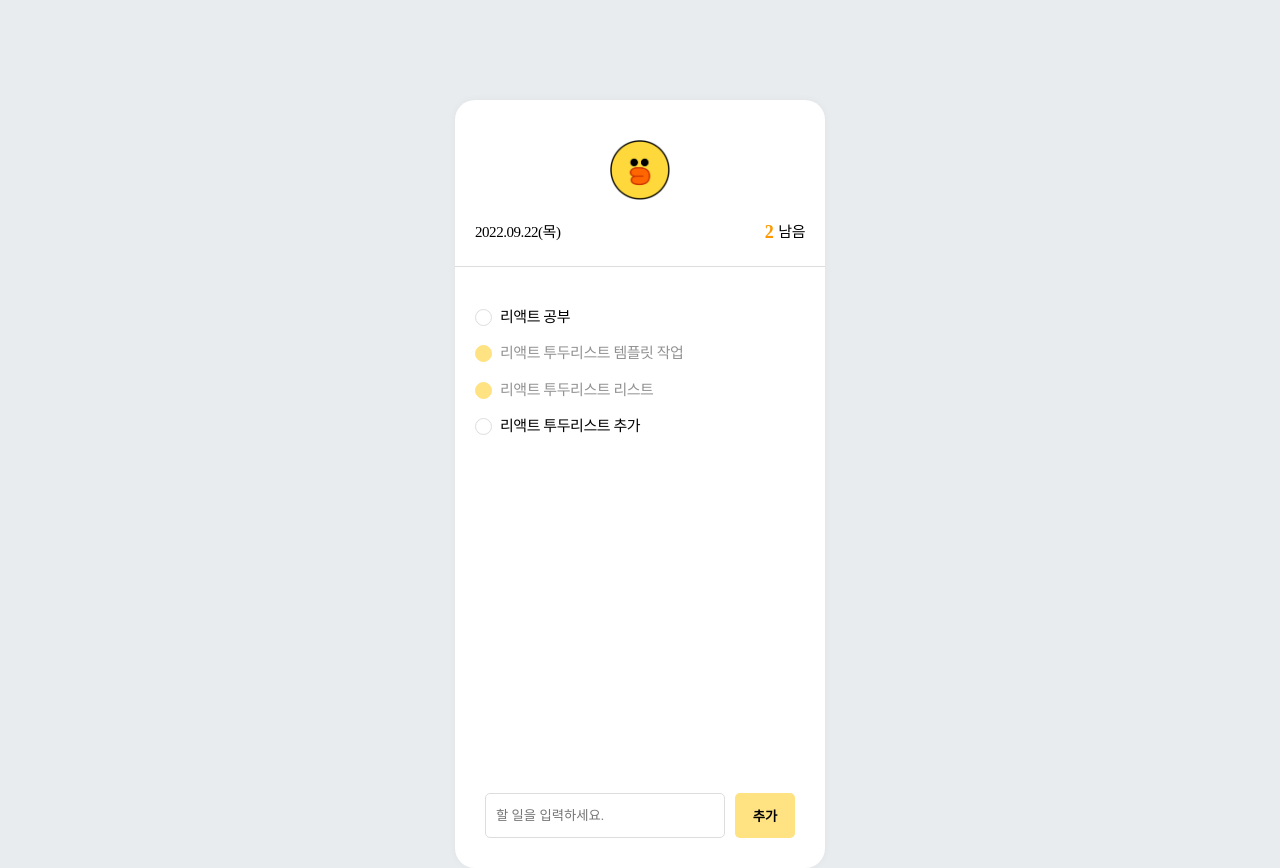
Repository: kwak0630/react-todo
Page: /
An editor plug-in stored every save of this project. The page is shown before and after the next save, followed by the edit.
The browser window is 1280 px wide. The pictures show the whole page.
The project was rebuilt for these pictures with package versions that can differ from the ones it lists, and the page was loaded fresh each time.

Above is the page before, as saved 2022-09-22 16:26:21.

After the next save:
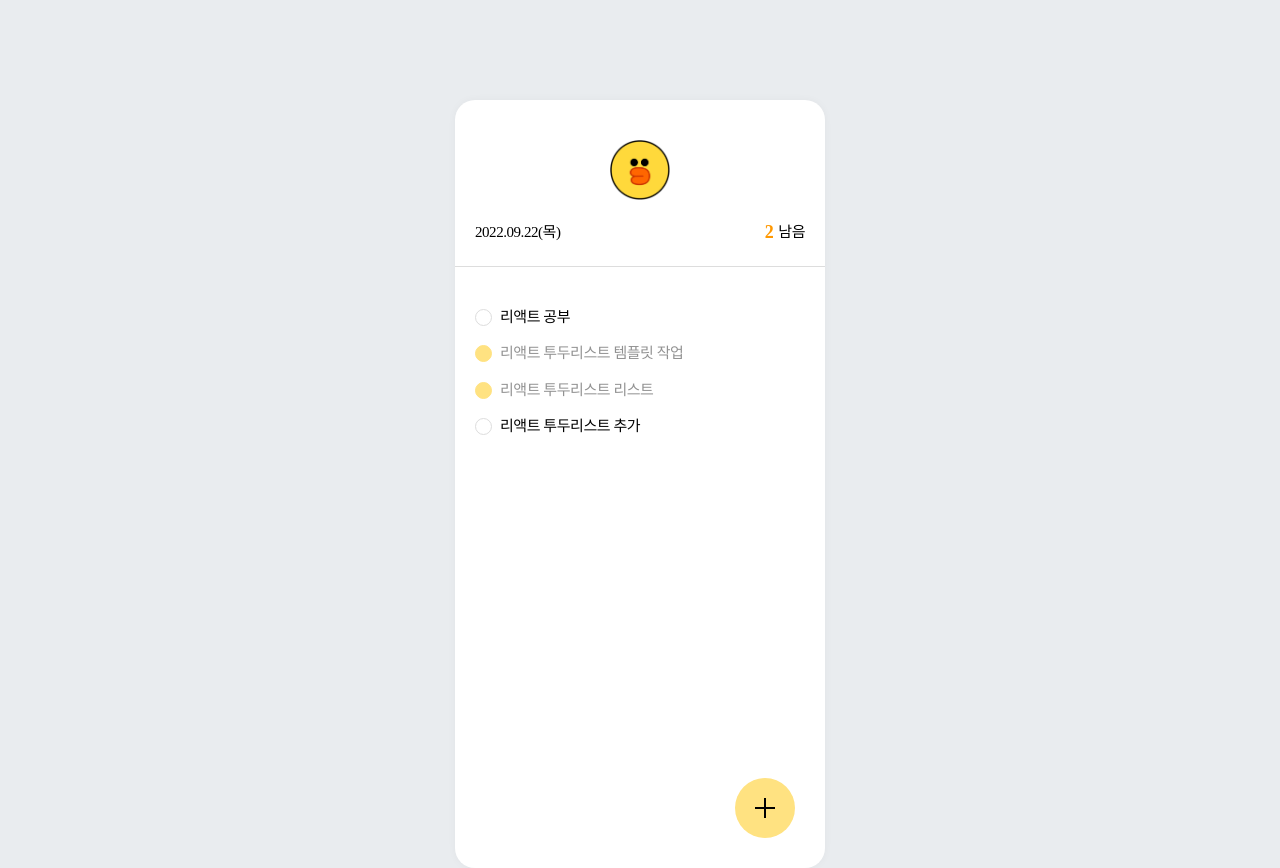
Saved 96 s later.
--- a/src/components/TodoCreate.js
+++ b/src/components/TodoCreate.js
@@ -1,4 +1,4 @@
-import React from 'react';
+import React, {useState} from 'react';
 import styled from 'styled-components';
 
 const TodoCreateBlock = styled.div`
@@ -59,9 +59,14 @@
 `;
 
 function TodoCreate(){
+    const [open, setOpen] = useState(false);
+
+    const onToggle = () => setOpen(!open);
+
 
     return (
         <TodoCreateBlock>
+            {open && (
             <CreateBox>
                 <input
                     type="text"
@@ -70,9 +75,10 @@
                 />
                 <button type="submit" className='btn-type'>추가</button>
             </CreateBox>
-            {/* <CreateBtn>
+            )}
+            <CreateBtn onClick={onToggle} open={open}>
                 추가
-            </CreateBtn> */}
+            </CreateBtn>
         </TodoCreateBlock>
     )
 }
